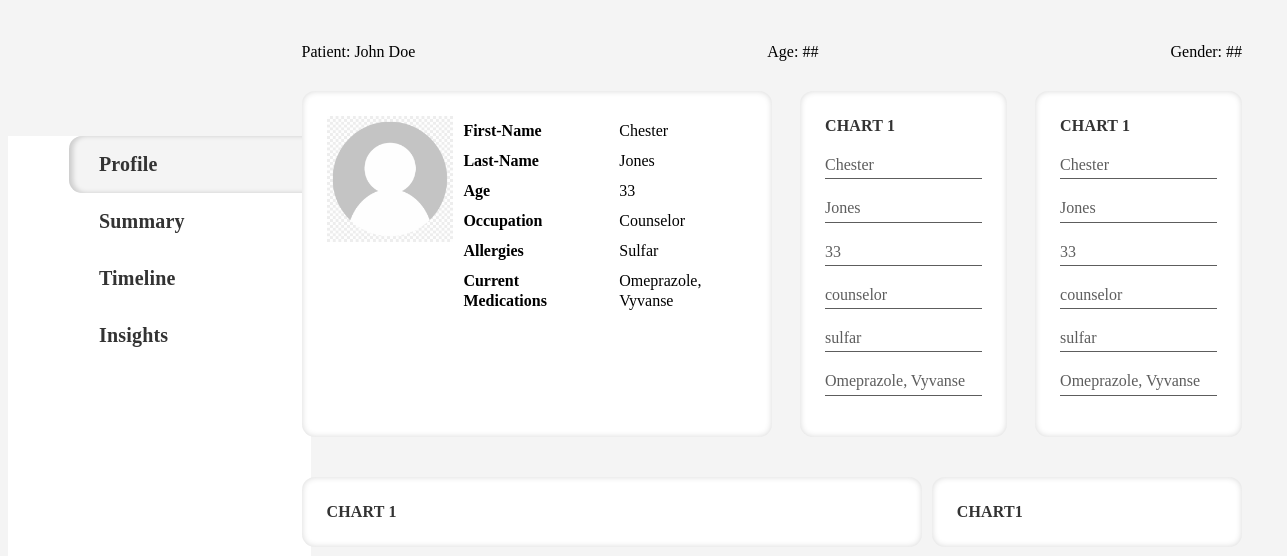
Repository: ariellecerini/clinical-reasoning
Page: /
The author's editor kept a copy of each file at every save. The page is drawn from the files as they stood at one save, then again after the next save.
The browser window is 1280 px wide. The page is 1287 px wide, so the pictures cover 1287 px, including what lies to the right of the window. The pictures show the whole page.
The project was rebuilt for these pictures with package versions that can differ from the ones it lists, and the page was loaded fresh each time.

Above is the page before, as saved 2021-07-19 00:11:11.

After the next save:
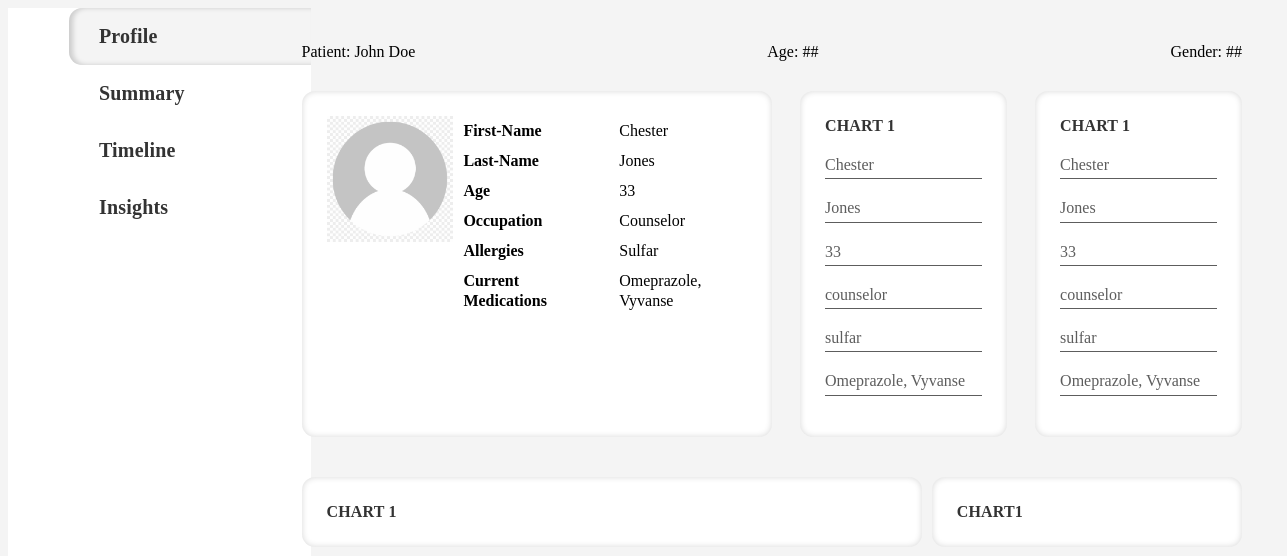
Saved 76 s later.
--- a/src/stories/Dashboard/dashboard.css
+++ b/src/stories/Dashboard/dashboard.css
@@ -36,5 +36,5 @@
 display: inline-block;
 position: fixed;
 height: 90%;
-margin-top: 10%;
+/* margin-top: 10%; */
 }

After the save that followed:
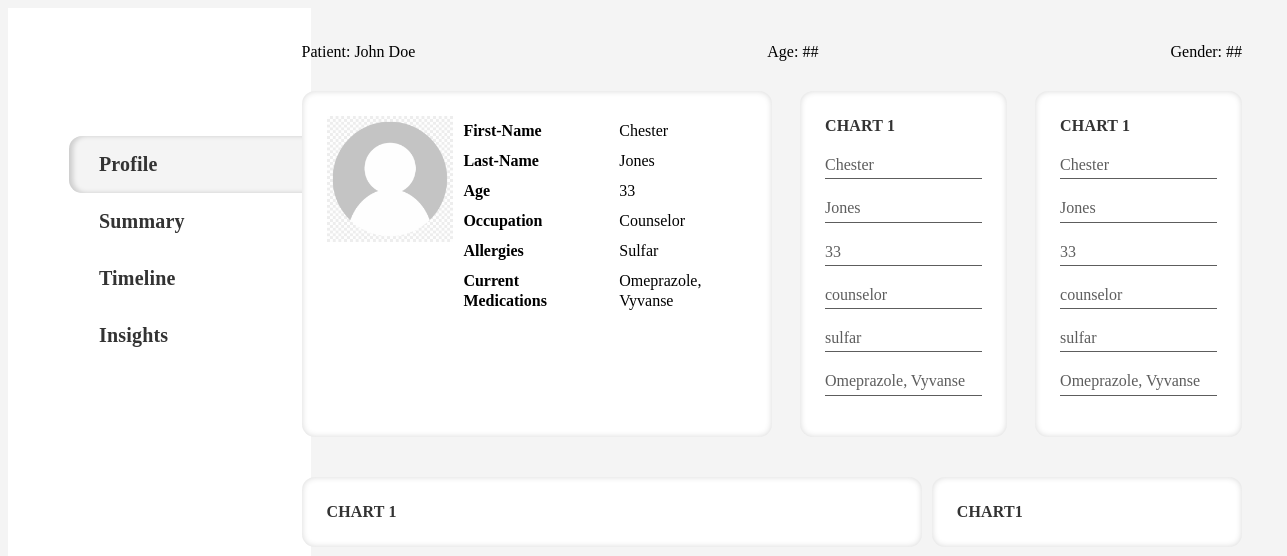
Saved 10 s later.
--- a/src/stories/Dashboard/dashboard.css
+++ b/src/stories/Dashboard/dashboard.css
@@ -36,5 +36,5 @@
 display: inline-block;
 position: fixed;
 height: 90%;
-/* margin-top: 10%; */
+padding-top: 10%;
 }
